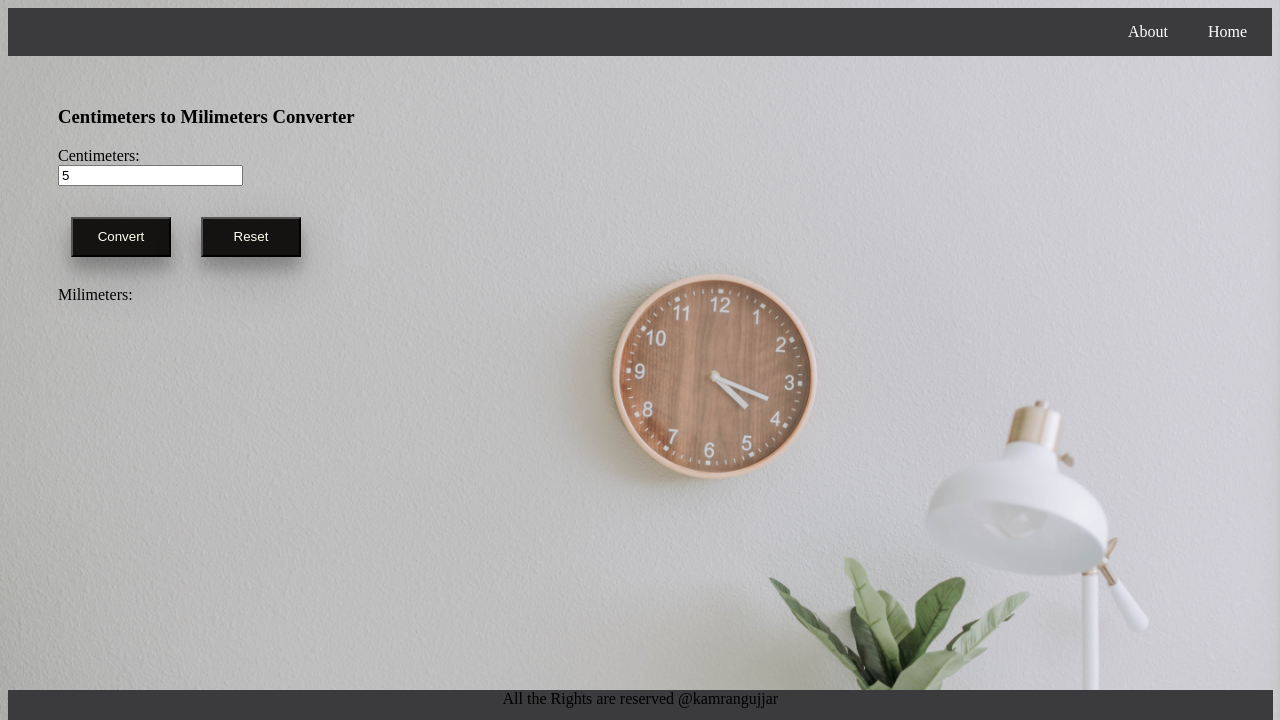
Repository: Kamrangujjar85112/Length-Converter
Page: html/cm_mm.html
An editor plug-in stored every save of this project. The page is shown before and after the next save, followed by the edit.
The browser window is 1280 px wide. The pictures show the whole page.
Empty fields were first filled with sample values (such as "Sample", 5 or name@example.com).
After loading, the first visible `#reset` was clicked once.

Above is the page before, as saved 2022-01-21 07:53:45.

### html/cm_mm.html
<!-- centimeters to milimeters -->
<!DOCTYPE html>
<html lang="en">
<head>
    <meta charset="UTF-8">
    <meta http-equiv="X-UA-Compatible" content="IE=edge">
    <meta name="viewport" content="width=device-width, initial-scale=1.0">
    <title></title>
    <link rel="stylesheet" href="../css/style.css">
</head>
<body>
    <div class="container ">
        <div class="header">
            <nav>
                <ul class="nav-ul">
                    <li class="nav-li"><a href="home.html">Home</a></li>
                    <li class="nav-li"><a href="about.html">About</a></li>
                </ul>
            </nav>
        </div>
    <div class="box">
        <h3>Centimeters to Milimeters Converter</h3>

            <label>Centimeters:</label><br>
            <input type="number" id="centimeters" placeholder="Enter Centimeters"><br><br>
            <button id="convert">Convert</button>
            <input type="reset" value="Reset" id="reset"><br>
            <p>Milimeters: <span id="cmtomm"></span></p>

    </div>
            <footer class="footer">
                <span>All the Rights are reserved @kamrangujjar</span>
            </footer>
    </div>
    <script src="../js/converter.js"></script>
</body>
</html>

### css/style.css
  body{
    background-image: url('backg.jpg');
    background-repeat: no-repeat;
    background-attachment: fixed;
    background-size: cover;
}
.header{
    top: 0;
    width: 100%;
    margin: 0;
    position: relative;

}
.nav-ul{
    list-style-type: none;
    margin: 0;
    overflow: hidden;
    background: rgb(59, 59, 61);
  }

.nav-li {
    padding-right: 10px;
    float: right;
    align-items: inherit;
}

.nav-li a {
    display: block;
    color: rgb(255, 255, 255);
    text-align:center;
    padding: 15px 15px;
    text-decoration: none;
}
.link {
    list-style: none;
    text-align: left;
    align-items: left;
    margin: 10px;
    width: 300px;
}
.nav-li a:hover {
    background-color: #0ac577;
}
footer{
    bottom: 0;
    width: 98.8%;
    position: fixed;
    height: 30px;
    text-align: center;
    background: rgb(59, 59, 61);
}
button{
    width: 100%;
    height:40px;
    color: ivory;
    background-color: #141312;
    margin:13px;
    box-shadow: 0 12px 16px 0 rgba(0,0,0,0.24), 0 17px 50px 0 rgba(0,0,0,0.19);
}
#convert{
    width: 100px;
    height:40px;
    color: ivory;
    background-color: #141312;
    margin:13px;
    box-shadow: 0 12px 16px 0 rgba(0,0,0,0.24), 0 17px 50px 0 rgba(0,0,0,0.19);
}
#reset{
    width: 100px;
    height:40px;
    color: ivory;
    background-color: #141312;
    margin:13px;
    box-shadow: 0 12px 16px 0 rgba(0,0,0,0.24), 0 17px 50px 0 rgba(0,0,0,0.19);
}
.box{
    margin: 50px;
    align-content: left;
    border-color:navy;
}

### js/converter.js
const centimetersToMilimeters = document.getElementById('centimeters');
const milesToKilometers = document.getElementById('milesToKilometers');
const metersToCentimeters = document.getElementById('metersToCentimeters');
const centimetersTOKilometers = document.getElementById('centimetersTOKilometers');
const kilometersTOMeters = document.getElementById('kilometersTOMeters');
const MilesToMeters = document.getElementById('MilesToMeters');
const Percentage = document.getElementById('Percentage');
const convert = document.getElementById('convert');
const reset = document.getElementById('reset');


convert.addEventListener('click', function cmtomm(){
    const inputValue = centimetersToMilimeters.value;
    const milimeters = inputValue * 10;

    document.getElementById('cmtomm').innerHTML = inputValue +' Centimeters are equal to ' +milimeters + ' Milimeters';
});
reset.addEventListener('click' , function(){
    return '';
})

After the next save:
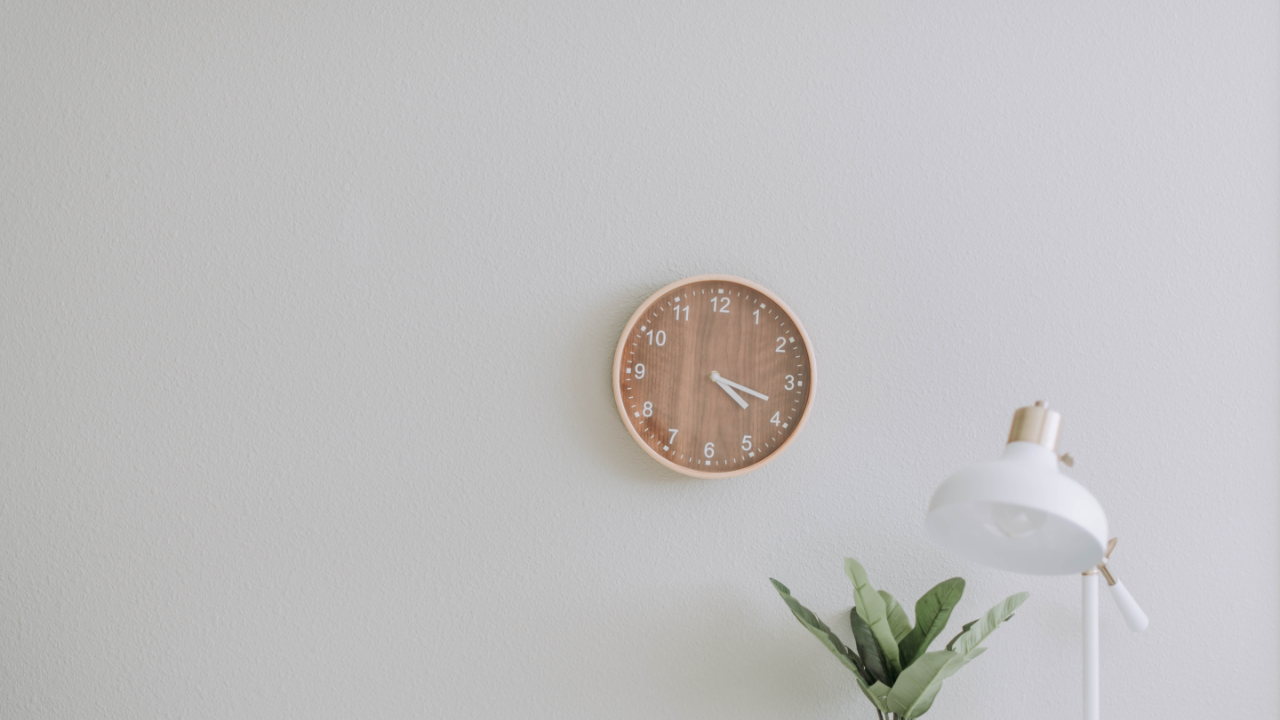
Saved 82 s later.
--- a/js/converter.js
+++ b/js/converter.js
@@ -16,5 +16,5 @@ convert.addEventListener('click', function cmtomm(){
     document.getElementById('cmtomm').innerHTML = inputValue +' Centimeters are equal to ' +milimeters + ' Milimeters';
 });
 reset.addEventListener('click' , function(){
-    return '';
-})
+   document.body.innerHTML = '';
+});
